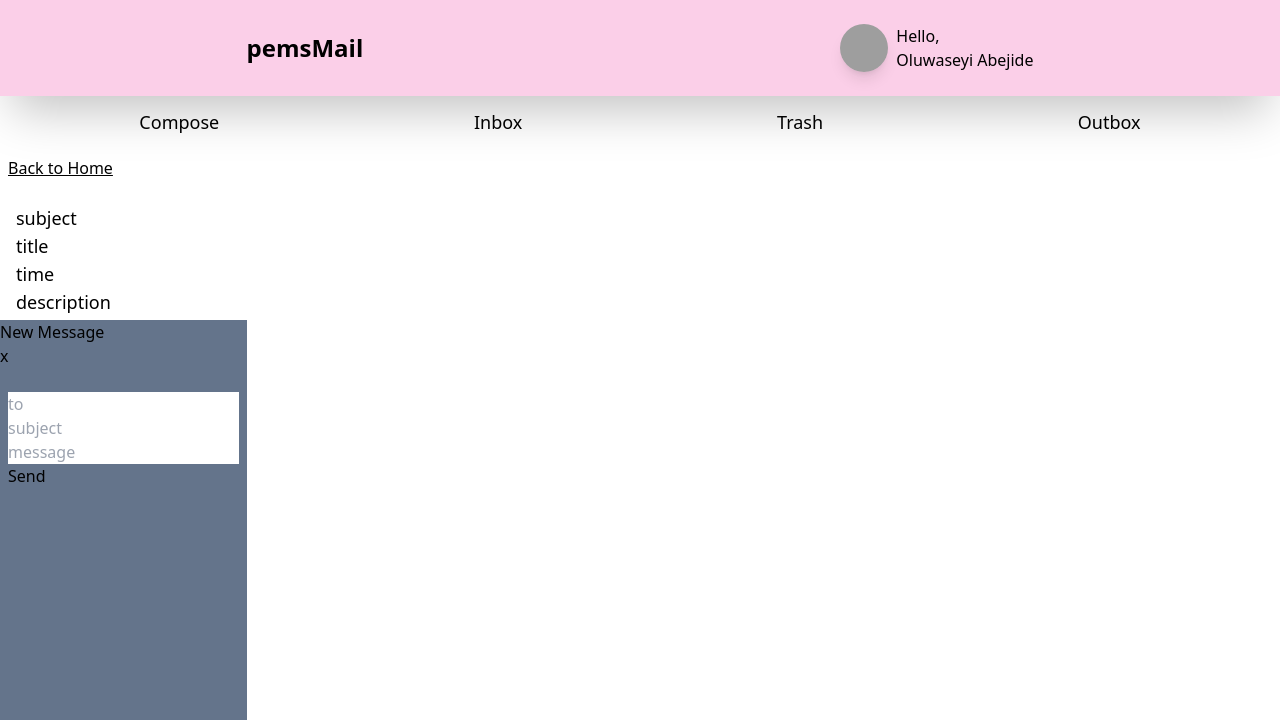
Repository: Semanmernstack/mailclone
Page: /mail
The author's editor kept a copy of each file at every save. The page is drawn from the files as they stood at one save, then again after the next save.
The browser window is 1280 px wide. The pictures show the whole page.
Pictures or frames that could not be fetched are drawn as grey boxes. The project was rebuilt for these pictures with package versions that can differ from the ones it lists, and the page was loaded fresh each time. Also part of the build but not shown: src/features/counter/Counter.module.css, src/features/counter/Counter.js, src/OpenRow.js, src/Open.js.

Above is the page before, as saved 2023-01-16 03:54:29.

### src/App.js
import React from 'react';

import { Counter } from './features/counter/Counter';
import Header from './Header';
import {
  BrowserRouter,
  Routes,
  Route,
} from "react-router-dom";
import Open from './Open';
import Topbar from './Topbar';
import Mail from './Mail';
import SendMail from './SendMail';


function App() {
  return (
    <div className="h-screen relative">

      <BrowserRouter>

        <Header/>
        <Topbar/>
        <Routes>
        <Route exact path="mail" element={<Mail/>} />
          <Route exact path="/" element={<Open/>} />
        </Routes>
        <SendMail/>
      </BrowserRouter>

    </div>
  );
}

export default App;

### src/features/counter/counterSlice.js
import { createAsyncThunk, createSlice } from '@reduxjs/toolkit';
import { fetchCount } from './counterAPI';

const initialState = {
  value: 0,
  status: 'idle',
};

// The function below is called a thunk and allows us to perform async logic. It
// can be dispatched like a regular action: `dispatch(incrementAsync(10))`. This
// will call the thunk with the `dispatch` function as the first argument. Async
// code can then be executed and other actions can be dispatched. Thunks are
// typically used to make async requests.
export const incrementAsync = createAsyncThunk(
  'counter/fetchCount',
  async (amount) => {
    const response = await fetchCount(amount);
    // The value we return becomes the `fulfilled` action payload
    return response.data;
  }
);

export const counterSlice = createSlice({
  name: 'counter',
  initialState,
  // The `reducers` field lets us define reducers and generate associated actions
  reducers: {
    increment: (state) => {
      // Redux Toolkit allows us to write "mutating" logic in reducers. It
      // doesn't actually mutate the state because it uses the Immer library,
      // which detects changes to a "draft state" and produces a brand new
      // immutable state based off those changes
      state.value += 1;
    },
    decrement: (state) => {
      state.value -= 1;
    },
    // Use the PayloadAction type to declare the contents of `action.payload`
    incrementByAmount: (state, action) => {
      state.value += action.payload;
    },
  },
  // The `extraReducers` field lets the slice handle actions defined elsewhere,
  // including actions generated by createAsyncThunk or in other slices.
  extraReducers: (builder) => {
    builder
      .addCase(incrementAsync.pending, (state) => {
        state.status = 'loading';
      })
      .addCase(incrementAsync.fulfilled, (state, action) => {
        state.status = 'idle';
        state.value += action.payload;
      });
  },
});

export const { increment, decrement, incrementByAmount } = counterSlice.actions;

// The function below is called a selector and allows us to select a value from
// the state. Selectors can also be defined inline where they're used instead of
// in the slice file. For example: `useSelector((state: RootState) => state.counter.value)`
export const selectCount = (state) => state.counter.value;

// We can also write thunks by hand, which may contain both sync and async logic.
// Here's an example of conditionally dispatching actions based on current state.
export const incrementIfOdd = (amount) => (dispatch, getState) => {
  const currentValue = selectCount(getState());
  if (currentValue % 2 === 1) {
    dispatch(incrementByAmount(amount));
  }
};

export default counterSlice.reducer;

### src/Header.js
import React from 'react'

function Header() {
  return (
    <div className="flex items-center justify-around p-2     h-24 bg-pink-200 border-b-pink-800 shadow-2xl">
        <div>
            <h1 className="text-lg md:text-2xl font-semibold">pemsMail</h1>

        </div>
        <div className="flex items-center justify-evenly">

            <img className="h-12 w-12 rounded-full shadow-lg" src="https://cdn.pixabay.com/photo/2022/12/01/12/26/countryside-7629017__340.jpg" alt="pic" />
            <div className="ml-2">
                <p>Hello,</p>
                <p>Oluwaseyi Abejide</p>
            </div>
        </div>
    </div>
  )
}

export default Header

### src/Topbar.js
import React from 'react'

function Topbar() {
  return (
    <div className="flex items-center justify-around text-lg p-3">
        <div className='hover:underline hover:text-red-900 hover:text-2xl'>
            <p>Compose</p>
        </div>
        <div className='hover:underline hover:text-red-900 hover:text-2xl'>
            <p>Inbox</p>
        </div>
        <div className='hover:underline hover:text-red-900 hover:text-2xl'>
            <p>Trash</p>
        </div>
        <div className='hover:underline hover:text-red-900 hover:text-2xl'>
            <p>Outbox</p>
        </div>
    </div>
  )
}

export default Topbar

### src/Mail.js
import React from 'react'

function Mail() {
  return (
    <div className="flex flex-col">
        <div>
            <p className='p-2 cursor-pointer  hover:text-rose-900 underline'>Back to Home</p>
        </div>
        <div className="flex flex-col text-lg p-4 ">
           <div>
                <p>subject</p>
                <p>title</p>
                <p>time</p>

            </div>
            <div>
                <p>description</p>
            </div>

        </div>
    </div>
  )
}

export default Mail

### src/SendMail.js
import React from 'react'
import { useForm } from "react-hook-form";

function SendMail() {
    const { register, handleSubmit, formState: { errors } } = useForm();
    const onSubmit = (formData) => {}
  return (
    <div className=" flex absolute bottom-0 flex-col max-width-[450px] h-[400px] bg-slate-500">
            <div className=" ">
                <h3>New Message</h3>
                <button   >x</button>
            </div>
            <form onSubmit={handleSubmit(onSubmit)} className="flex flex-col p-2 my-4" >
                <input type="emails"
                    placeholder='to'
                    {...register("to", { required: true })}

                />
                {errors.to && <p className=''>To is Requred</p>}

                <input type="text"
                    placeholder='subject'
                    {...register("subject", { required: true })}

                />
                {errors.subject && <p className=''>Subject is Requred</p>}


                <input type="text"
                    placeholder='message'
                    className=''
                    {...register("message", { required: true })}
                />
                {errors.message && <p className=''>message is Requred</p>}


                <div className="">
                    <button>Send</button>
                </div>
            </form>

        </div>
  )
}

export default SendMail

Loaded but not shown: public/index.html (common file); src/index.js (common file); src/app/store.js (common file); src/reportWebVitals.js (common file); src/index.css (common file); src/features/counter/counterAPI.js (common file); tailwind.config.js (common file)

After the next save:
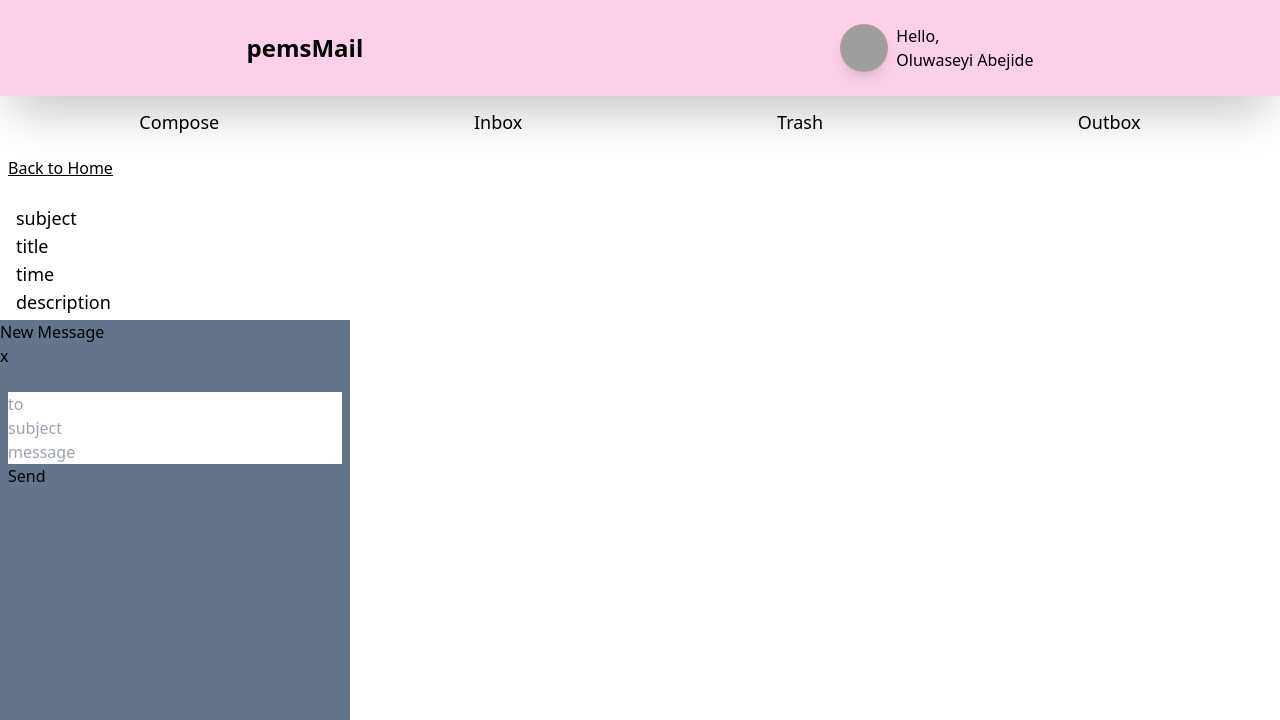
Saved 34 s later.
--- a/src/SendMail.js
+++ b/src/SendMail.js
@@ -5,7 +5,7 @@ function SendMail() {
     const { register, handleSubmit, formState: { errors } } = useForm();
     const onSubmit = (formData) => {}
   return (
-    <div className=" flex absolute bottom-0 flex-col max-width-[450px] h-[400px] bg-slate-500">
+    <div className=" flex absolute bottom-0 flex-col max-width-[350px] h-[400px] w-[350px] bg-slate-500">
             <div className=" ">
                 <h3>New Message</h3>
                 <button   >x</button>
